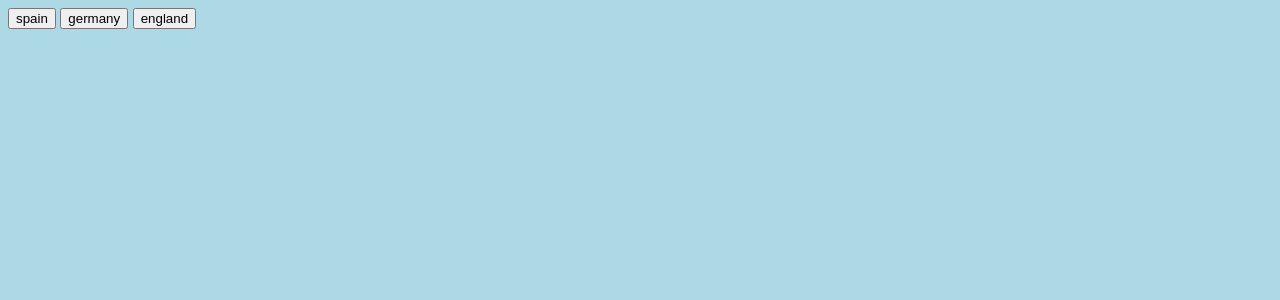
Repository: georgefyles/playground
Page: playground/src/resources/html/radio.html
The author's editor kept a record of every edit. The page is drawn from the files as they stood at one moment, then again after the next edit.
The browser window is 1280 px wide. The pictures show the whole page.

Above is the page before.

After the next edit:
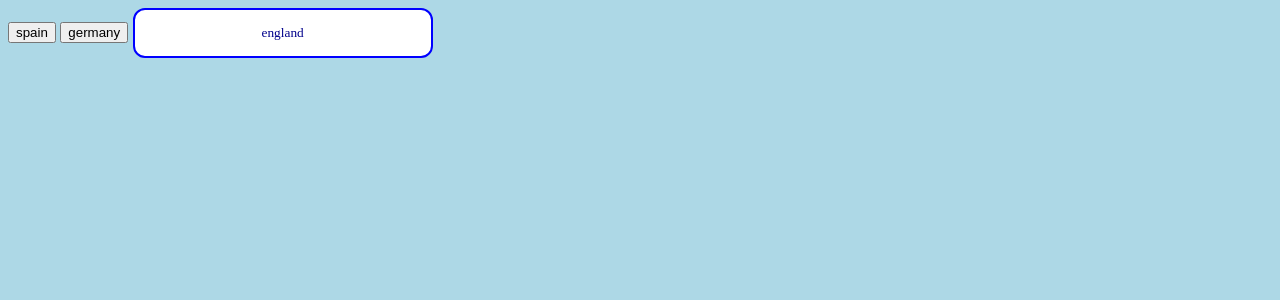
The edit:
--- a/playground/src/resources/html/radio.html
+++ b/playground/src/resources/html/radio.html
@@ -12,7 +12,7 @@
 
 <button class="button2">germany</button>
 
-<button id="button3">england</button>
+<button class="buttonC">england</button>
 
   </body>
 </html>
